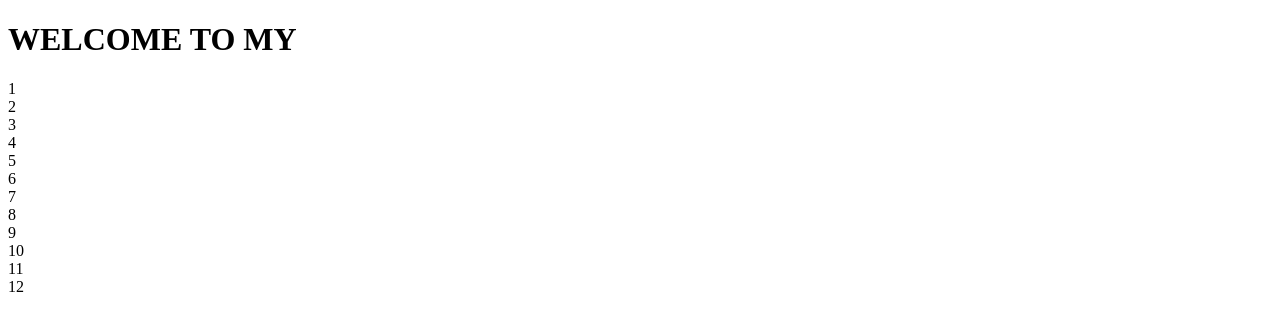
Repository: changkuothpur/create-my-watch
Page: watch.html
An editor plug-in stored every save of this project. The page is shown before and after the next save, followed by the edit.
The browser window is 1280 px wide. The pictures show the whole page.

Above is the page before, as saved 2024-04-24 10:58:36.

### watch.html
<!DOCTYPE html>
<html lang="en">
<head>
    <meta charset="UTF-8">
    <meta name="viewport" content="width=device-width, initial-scale=1.0">
    <title>cLock</title>
</head>
<h1 class="header"> WELCOME TO MY </h1>
<body>
    <div class="clock">
<div class="hand hour" data-hour-hand></div>
<div class="hand minutes" data-minutes-hand></div>
<div class="hand second" data-second-hand></div>
<div class="number number1">1</div>
<div class="number number2">2</div>
<div class="number number3">3</div>
<div class="number number4">4</div>
<div class="number number5">5</div>
<div class="number number6">6</div>
<div class="number number7">7</div>
<div class="number number8">8</div>
<div class="number number9">9</div>
<div class="number number10">10</div>
<div class="number number11">11</div>
<div class="number number12">12</div>
    </div>
</body>
</html>

After the next save:
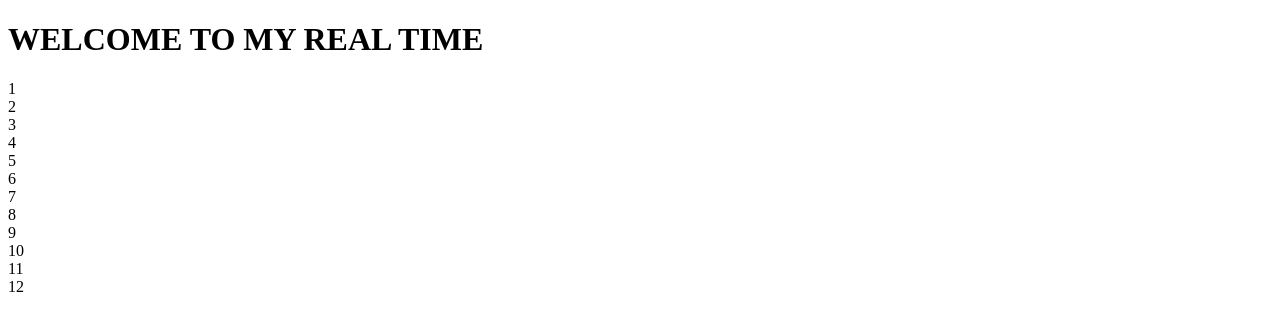
Saved 6 s later.
--- a/watch.html
+++ b/watch.html
@@ -5,7 +5,7 @@
     <meta name="viewport" content="width=device-width, initial-scale=1.0">
     <title>cLock</title>
 </head>
-<h1 class="header"> WELCOME TO MY </h1>
+<h1 class="header"> WELCOME TO MY REAL TIME</h1>
 <body>
     <div class="clock">
 <div class="hand hour" data-hour-hand></div>
